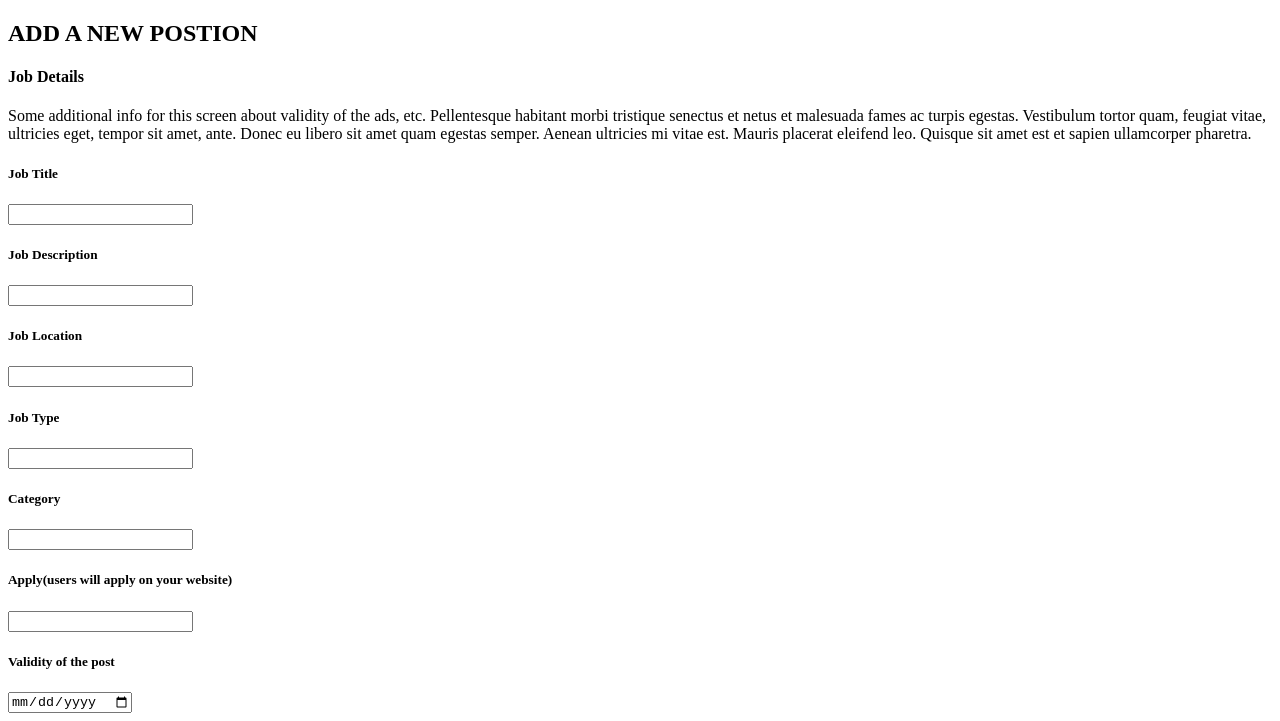
Repository: PrinceKumawat1109/JFSD
Page: http://localhost/Job-management/newposition.jsp
An editor plug-in stored every save of this project. The page is shown before and after the next save, followed by the edit.
The browser window is 1280 px wide. The pictures show the whole page.
The page is served by Tomcat 9.

Above is the page before, as saved 2022-10-29 09:52:26.

After the next save:
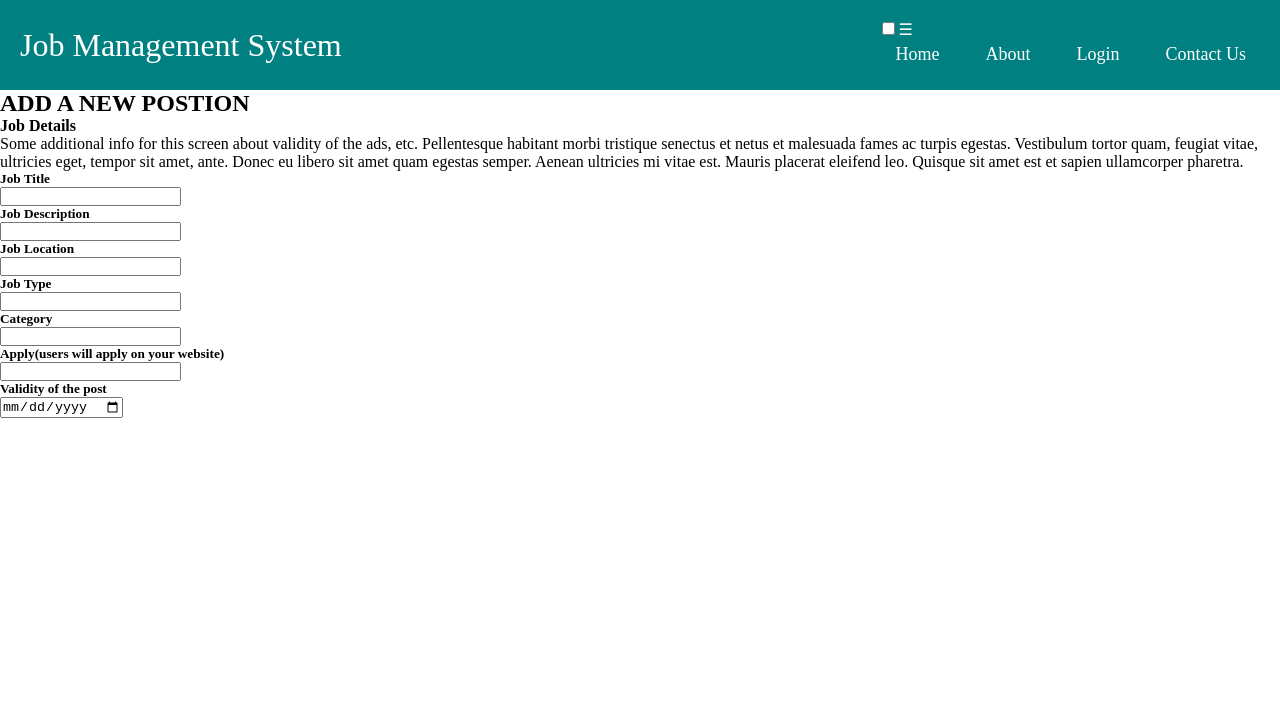
Saved 7 min 3 s later.
--- a/Job-management/src/main/webapp/newposition.jsp
+++ b/Job-management/src/main/webapp/newposition.jsp
@@ -5,6 +5,8 @@
 <head>
 <meta charset="UTF-8">
 <title>New Position</title>
+<jsp:include page="navbar2.jsp" />
+
 </head>
 <body>
 	<h2>ADD A NEW POSTION</h2>
